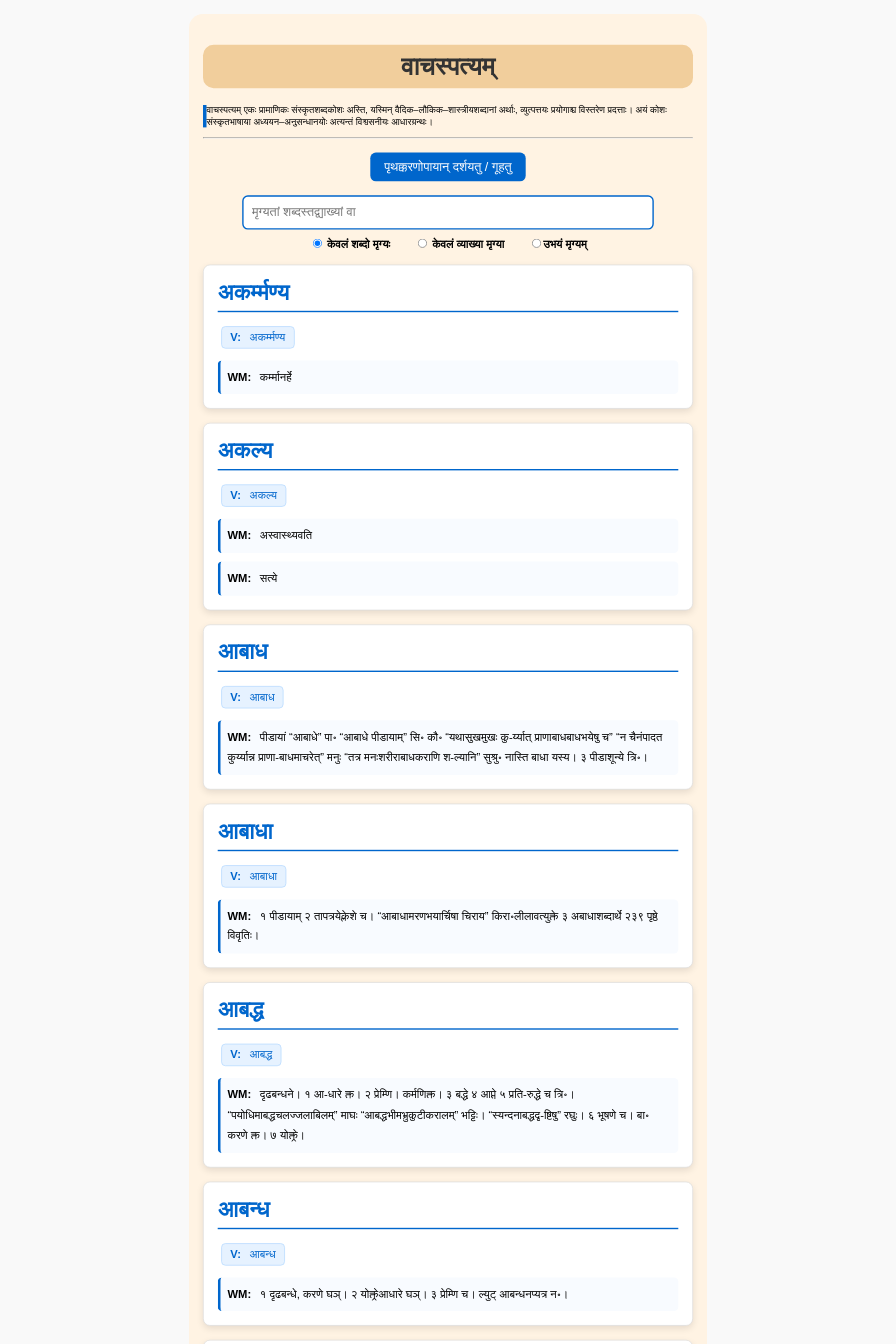
Repository: sanskritsphere/vachaspatyam-demo
Page: index.html
These files come from the project's save history. The page is drawn as it stood at one moment and after the next save; the edit follows.
The browser window is 1280 px wide. The pictures show the part of the page from y = 0 to 1920 px (the page is 3443 px tall), at 70% of full size.

Above is the page before, as saved 2025-12-14 12:44:52.

After the next save:
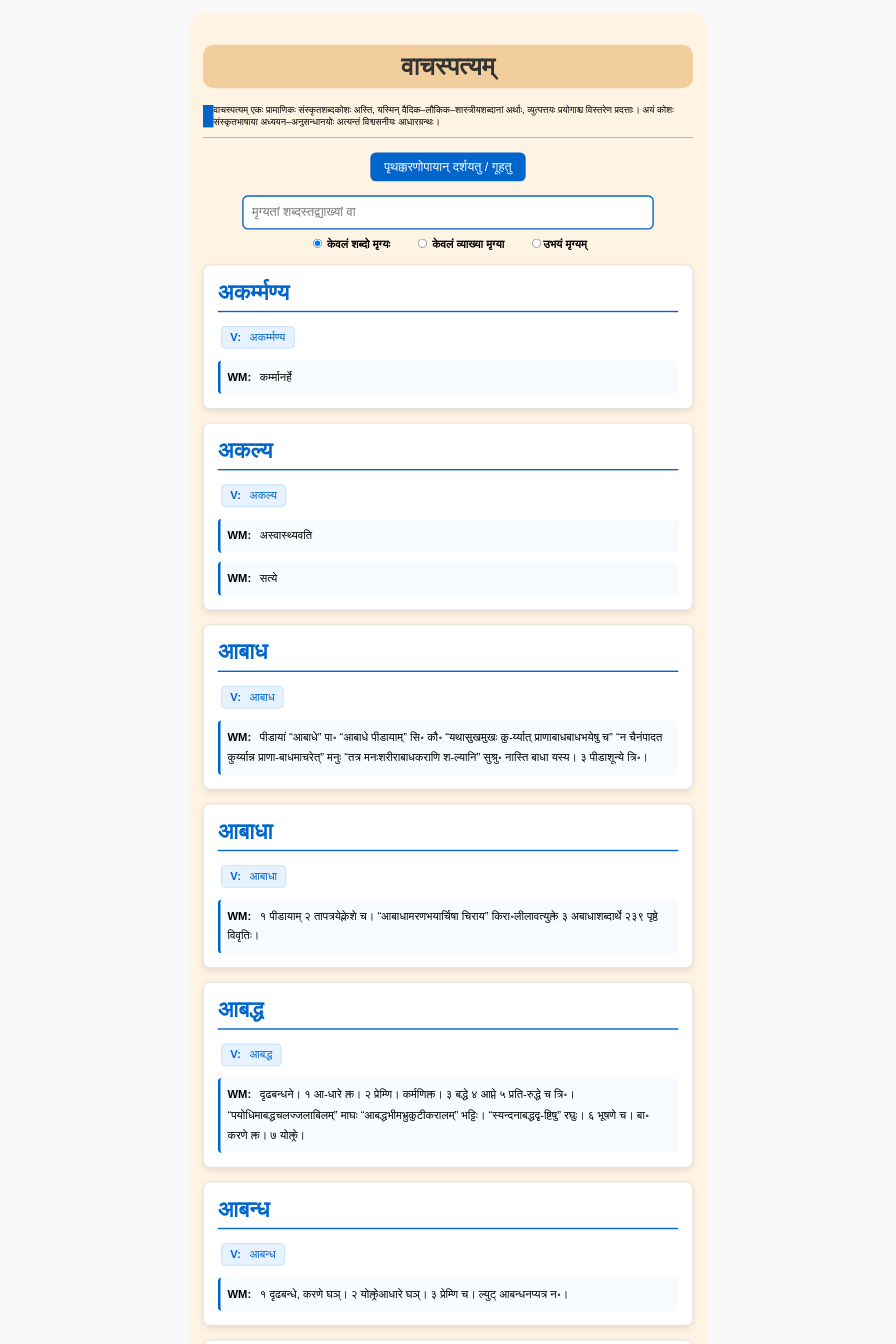
Saved 25 s later.
--- a/style.css
+++ b/style.css
@@ -30,7 +30,7 @@
         }
        header .small{
             font-size: smaller;
-            border-left: 5px solid #0066cc;
+            border-left: 15px solid #0066cc;
         }
         #toggleFilters {
             display: block;
